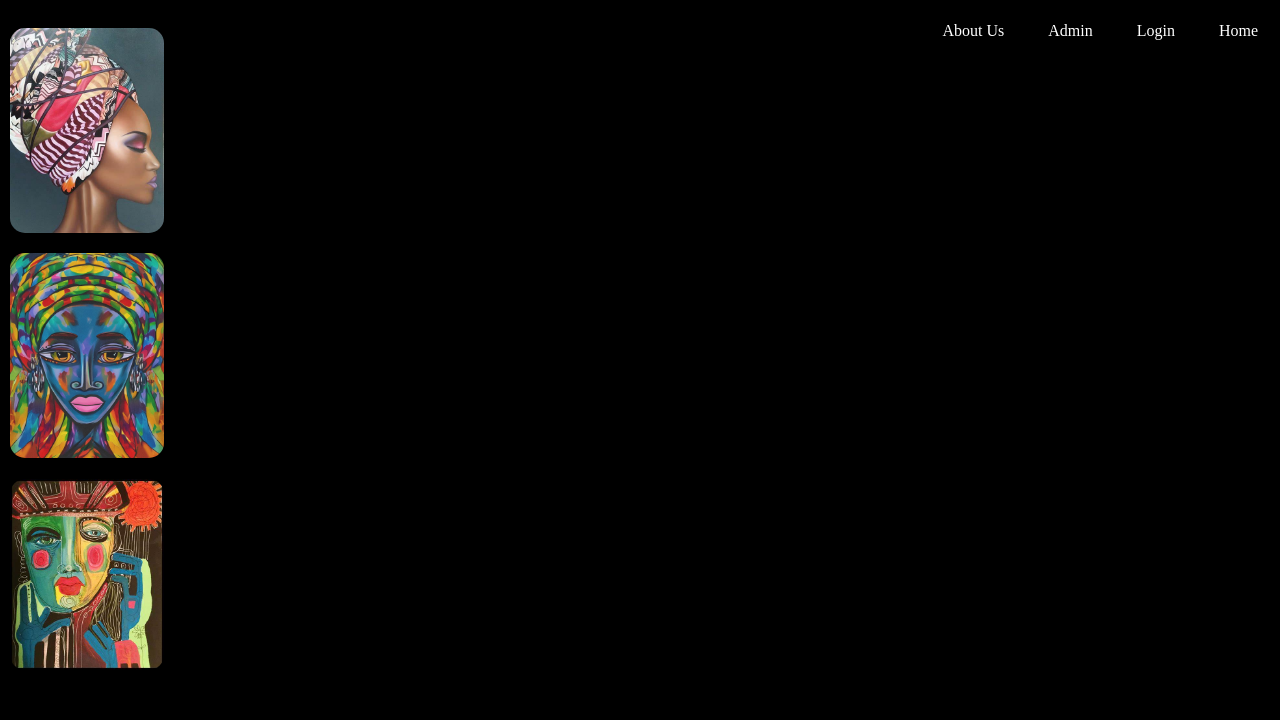
Repository: prathyushaa5/artgallery
Page: index.html
An editor plug-in stored every save of this project. The page is shown before and after the next save, followed by the edit.
The browser window is 1280 px wide. The pictures show the whole page.

Above is the page before, as saved 2023-11-09 23:48:44.

### index.html
<!DOCTYPE html>
<html lang="en">
<head>
    <meta charset="UTF-8">
    <meta name="viewport" content="width=device-width, initial-scale=1.0">
    <title>Document</title>
    <link rel="stylesheet" href="style1.css">
</head>
<body>
    <div class="navbar">
    <a class="home">Home</a>
    <a class="login">Login</a>
    <a class="admin">Admin</a>
    <a class="aboutUs">About Us</a>

    </div>
    <div class="sidebar">
    <img src="../PProject/img1.jpg" alt="art"  class="img">
    <img src="../PProject/img2.jpg" alt="art"  class="img">
    <img src="../PProject/img3.jpg" alt="art"  class="img">

    </div>
    <div class="circle">

    </div>
</body>
</html>

### style1.css
body{
    margin:0px;
    padding:0px;
    background-color:#000000;
}
.navbar{
    width:100%;
    height:8vh;
    background-color:#000000;
    display:flex;
    flex-direction:row-reverse;
    color:white;



}
.home,.login,.admin,.aboutUs{
  padding:22px;
}
.home:hover,.login:hover,.admin:hover,.aboutUs:hover{
    color:grey;
  }
.sidebar{
    height:92vh;
    width:20%;
    background-color:#000000;
    display:flex;
    flex-direction:column;
    justify-content:space-around;
    position:relative;
    bottom:40px;

}
img.img{
    position:relative;
    animation:anim 5s ease-in;
    animation-iteration-count:infinite;
    margin:2px 10px;
    width:60%;
    border-radius:15px;
}
@keyframes anim{
    0%{
        opacity:1;
    }
    50%{
        opacity:0.5;
    }
    100%{
        opacity:1;
    }

}

After the next save:
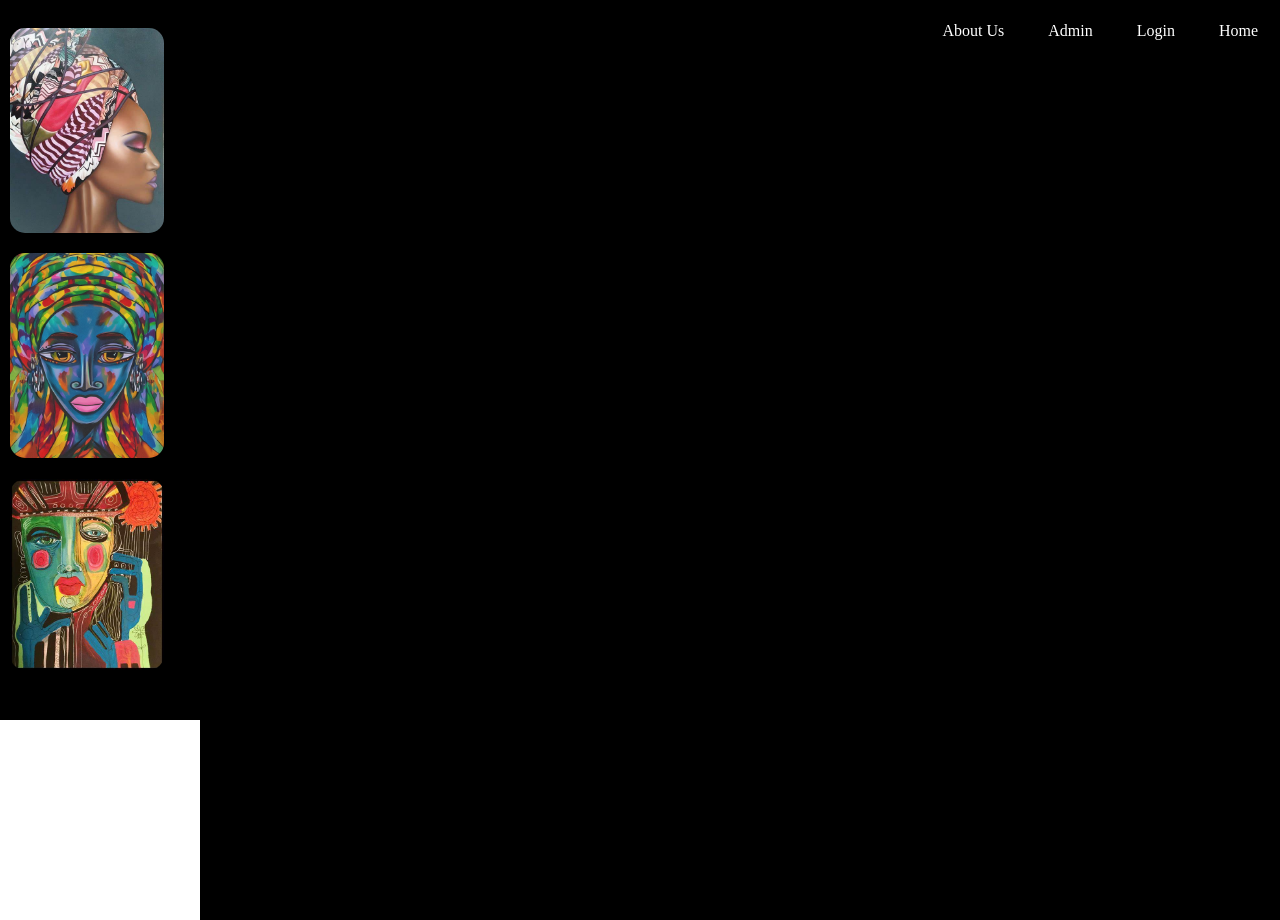
Saved 46 s later.
--- a/style1.css
+++ b/style1.css
@@ -39,6 +39,11 @@ img.img{
     width:60%;
     border-radius:15px;
 }
+.circle{
+    height:200px;
+    width:200px;
+    background-color:white;
+}
 @keyframes anim{
     0%{
         opacity:1;
